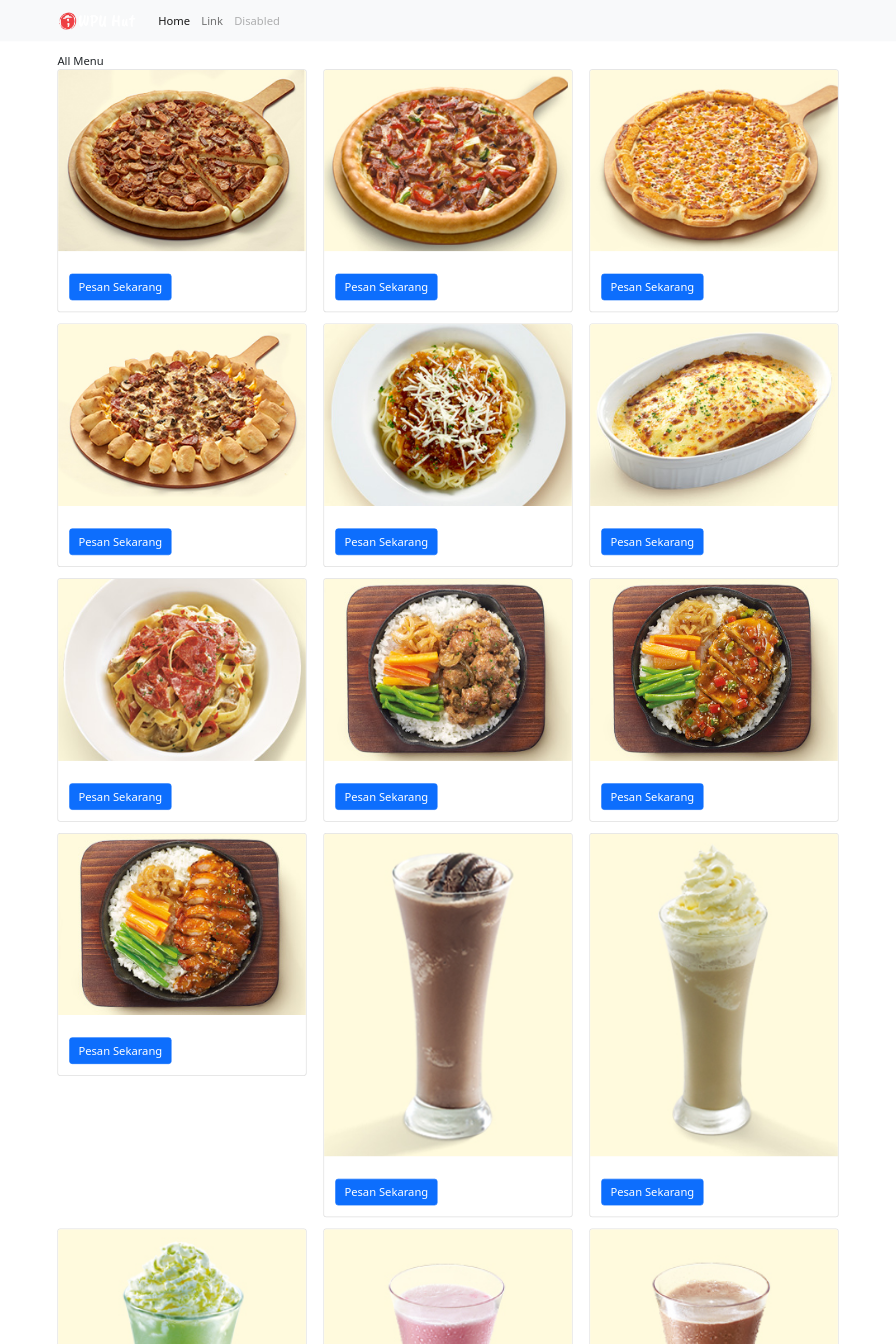
Repository: bayukembara/RESTAPI
Page: latihan2.html
These files come from the project's save history. The page is drawn as it stood at one moment and after the next save; the edit follows.
The browser window is 1280 px wide. The pictures show the part of the page from y = 0 to 1920 px (the page is 2321 px tall before and 2793 px after), at 70% of full size.
Some web libraries are served in a nearby version.

Above is the page before, as saved 2022-04-29 13:33:53.

### latihan2.html
<!doctype html>
<html lang="en">

  <head>
    <!-- Required meta tags -->
    <meta charset="utf-8">
    <meta name="viewport" content="width=device-width, initial-scale=1">

    <!-- Bootstrap CSS -->
    <link href="https://cdn.jsdelivr.net/npm/bootstrap@5.1.3/dist/css/bootstrap.min.css" rel="stylesheet"
      integrity="sha384-1BmE4kWBq78iYhFldvKuhfTAU6auU8tT94WrHftjDbrCEXSU1oBoqyl2QvZ6jIW3" crossorigin="anonymous">

    <title>B-Hut</title>
  </head>

  <body>
    <!-- Navbar -->
    <nav class="navbar navbar-expand-lg navbar-light bg-light">
      <div class="container">
        <a class="navbar-brand" href="#"><img src="data\logo.png" alt="" width="120px"></a>
        <button class="navbar-toggler" type="button" data-bs-toggle="collapse" data-bs-target="#navbarSupportedContent"
          aria-controls="navbarSupportedContent" aria-expanded="false" aria-label="Toggle navigation">
          <span class="navbar-toggler-icon"></span>
        </button>
        <div class="collapse navbar-collapse" id="navbarSupportedContent">
          <ul class="navbar-nav me-auto mb-2 mb-lg-0">
            <li class="nav-item">
              <a class="nav-link active" aria-current="page" href="#">Home</a>
            </li>
            <li class="nav-item">
              <a class="nav-link" href="#">Link</a>
            </li>
            <li class="nav-item">
              <a class="nav-link disabled">Disabled</a>
            </li>
          </ul>
        </div>
      </div>
    </nav>
    <!-- End Nav bar -->

    <!-- Content -->
    <div class="container">
      <div class="row mt-3">
        <div class="col">
          All Menu
        </div>
      </div>
      <div class="row" id="daftar-menu">
      </div>
    </div>
    <!-- End Content -->
    <!-- Optional JavaScript; choose one of the two! -->
    <script src="https://code.jquery.com/jquery-3.6.0.js"
      integrity="sha256-H+K7U5CnXl1h5ywQfKtSj8PCmoN9aaq30gDh27Xc0jk=" crossorigin="anonymous"></script>

    <!-- Option 1: Bootstrap Bundle with Popper -->
    <script src="https://cdn.jsdelivr.net/npm/bootstrap@5.1.3/dist/js/bootstrap.bundle.min.js"
      integrity="sha384-ka7Sk0Gln4gmtz2MlQnikT1wXgYsOg+OMhuP+IlRH9sENBO0LRn5q+8nbTov4+1p" crossorigin="anonymous">
    </script>

    <!-- Option 2: Separate Popper and Bootstrap JS -->

    <script src="https://cdn.jsdelivr.net/npm/@popperjs/core@2.10.2/dist/umd/popper.min.js"
      integrity="sha384-7+zCNj/IqJ95wo16oMtfsKbZ9ccEh31eOz1HGyDuCQ6wgnyJNSYdrPa03rtR1zdB" crossorigin="anonymous">
    </script>
    <script src="https://cdn.jsdelivr.net/npm/bootstrap@5.1.3/dist/js/bootstrap.min.js"
      integrity="sha384-QJHtvGhmr9XOIpI6YVutG+2QOK9T+ZnN4kzFN1RtK3zEFEIsxhlmWl5/YESvpZ13" crossorigin="anonymous">
    </script>
    <script src="getmenu.js"></script>

  </body>

</html>

### getmenu.js
$.getJSON('data/menu.json', function (data) {
  let menu = data.menu;
  $.each(menu, function (i, data) {
    $('#daftar-menu').append('<div class="col-md-4"><div class="card mb-3"><img src="data/pizza/'+ data.gambar +'" class="card-img-top" alt="..."><div class="card-body"><h5 class="card-title"><?=$data["nama"]?></h5><p class="card-text"><?= $data["deskripsi"]?></p><h5 class="card-title"><?= $data["harga"]?></h5><a href="#" class="btn btn-primary">Pesan Sekarang</a></div></div></div>')
  })
})

### menu.json
{
  "menu": [
    {
      "kategori": "pizza",
      "nama": "Meat Lover",
      "deskripsi": "Irisan sosis sapi, daging sapi cincang, burger sapi, sosis ayam.",
      "harga": 49500,
      "gambar": "meat-lover.jpg"
    },
    {
      "kategori": "pizza",
      "nama": "Super Supreme",
      "deskripsi": "Daging ayam dan sapi asap, daging sapi cincang, burger sapi, jamur, paprika merah dan paprika hijau.",
      "harga": 49500,
      "gambar": "supreme.jpg"
    },
    {
      "kategori": "pizza",
      "nama": "Tuna Melt",
      "deskripsi": "Irisan daging ikan tuna, butiran jagung, saus mayonnaise.",
      "harga": 49500,
      "gambar": "tuna-melt.jpg"
    },
    {
      "kategori": "pizza",
      "nama": "American Favourite",
      "deskripsi": "Pepperoni sapi, daging sapi cincang, jamur.",
      "harga": 49500,
      "gambar": "american-favourite.jpg"
    },
    {
      "kategori": "pasta",
      "nama": "Beef Spaghetti",
      "deskripsi": "Pepperoni sapi, daging sapi cincang, jamur.",
      "harga": 43000,
      "gambar": "beef-spaghetti.jpg"
    },
    {
      "kategori": "pasta",
      "nama": "Beef Lasagna",
      "deskripsi": "Dipanggang, daging sapi cincang. krim putih lembut di tiap lapisan.",
      "harga": 48000,
      "gambar": "beef-lasagna.jpg"
    },
    {
      "kategori": "pasta",
      "nama": "Creamy Beef Fettuccine",
      "deskripsi": "Daging sapi asap dan jamur, ditumis dengan saus krim lembut.",
      "harga": 43000,
      "gambar": "creamy-beef-fettuccine.jpg"
    },
    {
      "kategori": "nasi",
      "nama": "Meatballs Beef Mushroom",
      "deskripsi": "Bola daging sapi dengan saus daging sapi cincang dan jamur.",
      "harga": 40000,
      "gambar": "meatballs-beef-mushroom.jpg"
    },
    {
      "kategori": "nasi",
      "nama": "Black Pepper Chicken",
      "deskripsi": "Ayam dengan saus lada hitam.",
      "harga": 40000,
      "gambar": "black-pepper-chicken.jpg"
    },
    {
      "kategori": "nasi",
      "nama": "Oriental Chicken",
      "deskripsi": "Daging ayam berpadu dengan saus oriental.",
      "harga": 40000,
      "gambar": "oriental-chicken.jpg"
    },
    {
      "kategori": "minuman",
      "nama": "Choco Mint",
      "deskripsi": "",
      "harga": 24000,
      "gambar": "choco-mint.jpg"
    },
    {
      "kategori": "minuman",
      "nama": "Toffee Coffee",
      "deskripsi": "",
      "harga": 24000,
      "gambar": "toffee-coffee.jpg"
    },
    {
      "kategori": "minuman",
      "nama": "Green Tea Shake",
      "deskripsi": "",
      "harga": 24000,
      "gambar": "green-tea-shake.jpg"
    },
    {
      "kategori": "minuman",
      "nama": "Strawberry Milkshake",
      "deskripsi": "",
      "harga": 24000,
      "gambar": "strawberry-milkshake.jpg"
    },
    {
      "kategori": "minuman",
      "nama": "Chocolate Milkshake",
      "deskripsi": "",
      "harga": 24000,
      "gambar": "chocolate-milkshake.jpg"
    }
  ]
}

After the next save:
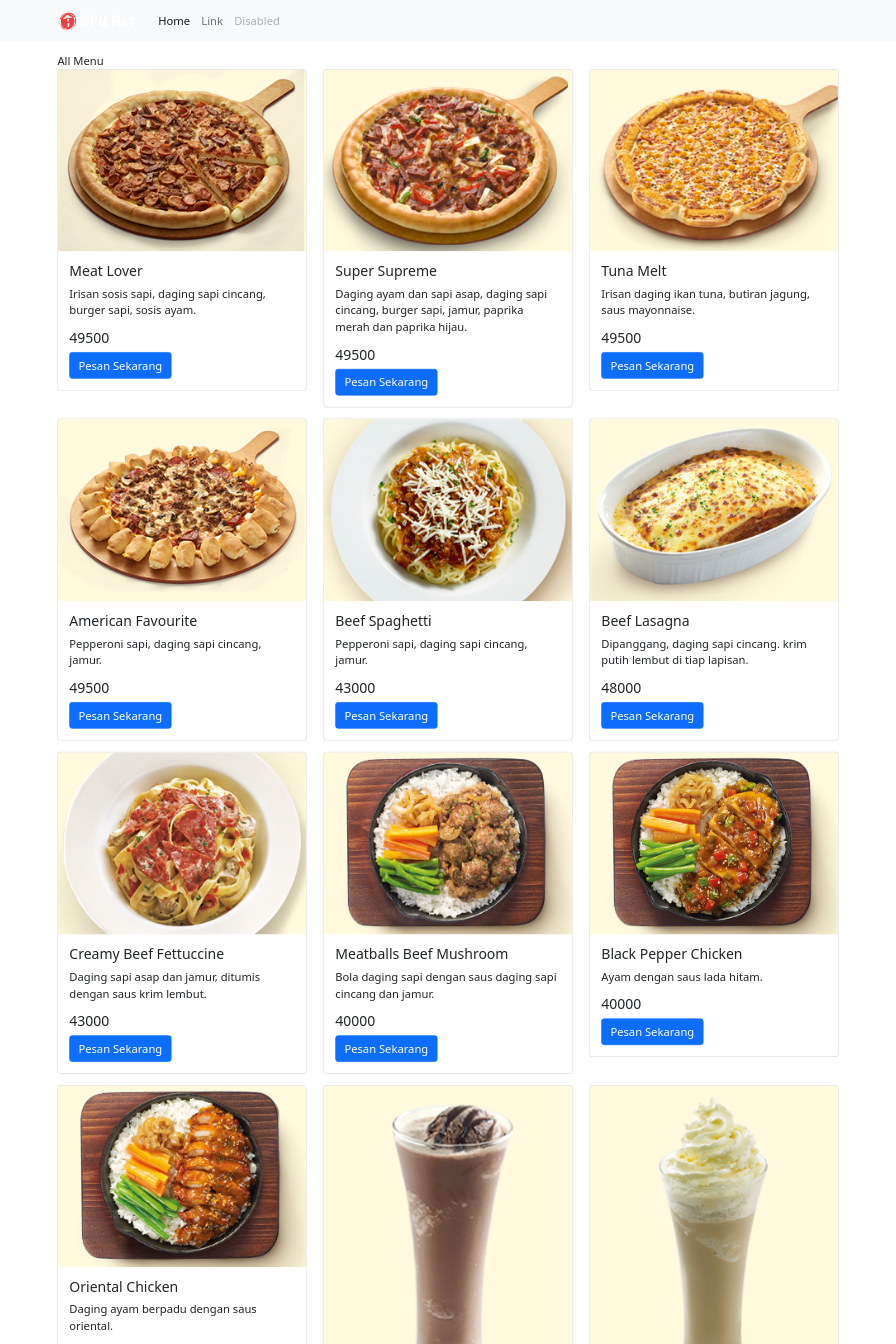
Saved 28 s later.
--- a/getmenu.js
+++ b/getmenu.js
@@ -1,6 +1,6 @@
 $.getJSON('data/menu.json', function (data) {
   let menu = data.menu;
   $.each(menu, function (i, data) {
-    $('#daftar-menu').append('<div class="col-md-4"><div class="card mb-3"><img src="data/pizza/'+ data.gambar +'" class="card-img-top" alt="..."><div class="card-body"><h5 class="card-title"><?=$data["nama"]?></h5><p class="card-text"><?= $data["deskripsi"]?></p><h5 class="card-title"><?= $data["harga"]?></h5><a href="#" class="btn btn-primary">Pesan Sekarang</a></div></div></div>')
+    $('#daftar-menu').append('<div class="col-md-4"><div class="card mb-3"><img src="data/pizza/'+ data.gambar +'" class="card-img-top" alt="..."><div class="card-body"><h5 class="card-title">'+ data.nama +'</h5><p class="card-text">'+ data.deskripsi +'</p><h5 class="card-title">'+ data.harga +'</h5><a href="#" class="btn btn-primary">Pesan Sekarang</a></div></div></div>')
   })
 })
